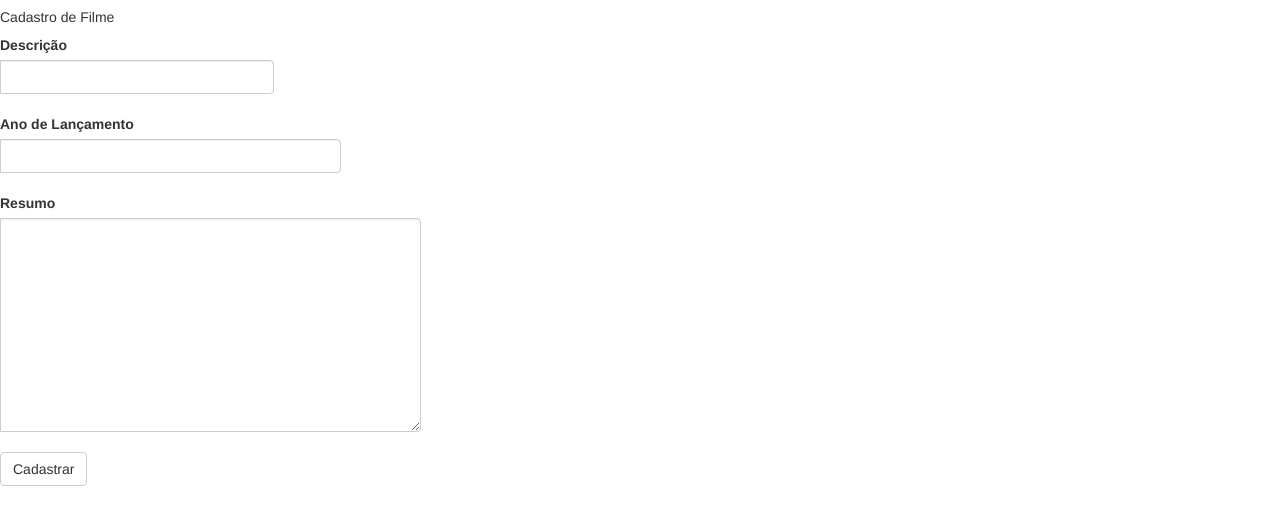
Repository: cadupedrassani/CursoDeJava
Page: Avaliação/BaseAPI/WebApp/src/main/webapp/filme/cadastro.html
An editor plug-in stored every save of this project. The page is shown before and after the next save, followed by the edit.
The browser window is 1280 px wide. The pictures show the whole page.

Above is the page before, as saved 2016-12-06 15:58:58.

After the next save:
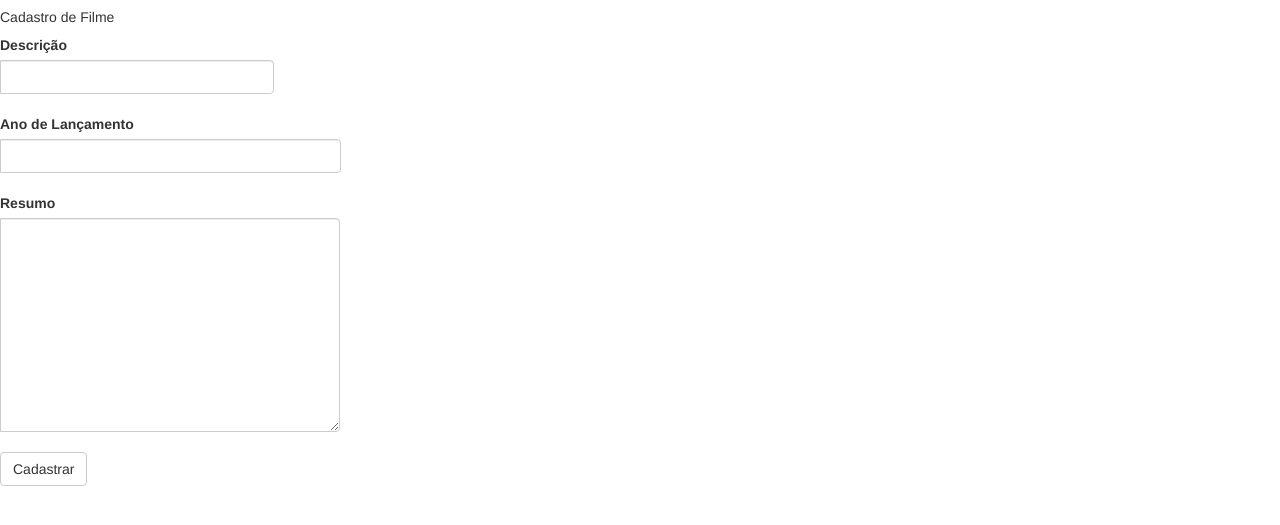
Saved 23 s later.
--- a/Avaliação/BaseAPI/WebApp/src/main/webapp/filme/cadastro.html
+++ b/Avaliação/BaseAPI/WebApp/src/main/webapp/filme/cadastro.html
@@ -28,7 +28,7 @@
 <div class="input-group">
 	<label>Resumo</label>
 	<textarea rows="10"
-			cols="40"
+			cols="30"
 			id="resumo-filme"
 	       	class="form-control"></textarea>
 </div>
